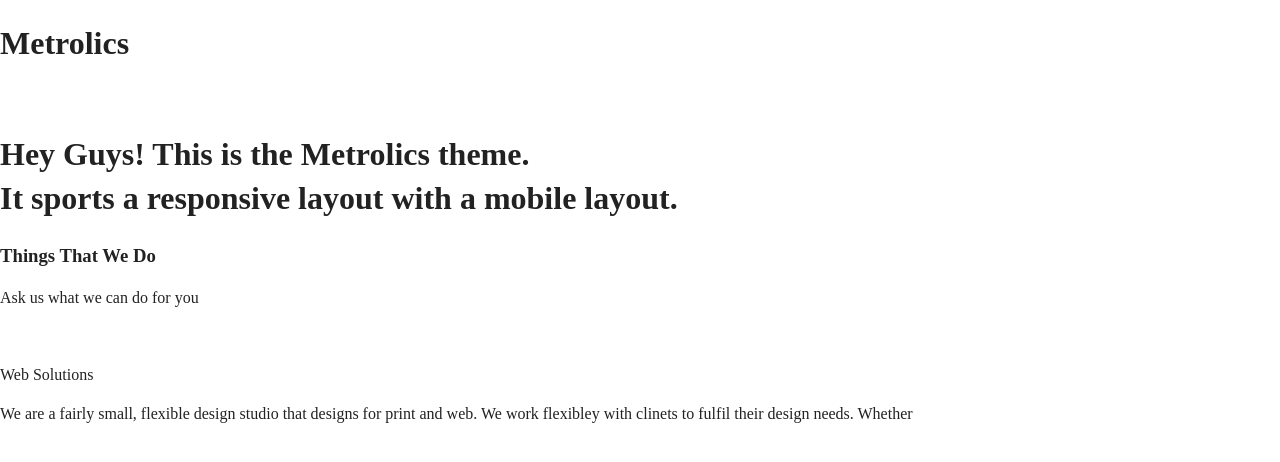
Repository: claudiashin/metrolics
Page: index.html
The author's editor kept a copy of each file at every save. The page is drawn from the files as they stood at one save, then again after the next save.
The browser window is 1280 px wide. The pictures show the whole page.

Above is the page before, as saved 2021-01-27 15:36:32.

### index.html
<!doctype html>
<html class="no-js" lang="EN">

<head>
  <meta charset="utf-8">
  <title>MDIA 2003 Lab 3</title>
  <meta name="description" content="">
  <meta name="viewport" content="width=device-width, initial-scale=1">

  <link rel="manifest" href="site.webmanifest">
  <link rel="apple-touch-icon" href="icon.png">
  <!-- Place favicon.ico in the root directory -->

  <link rel="stylesheet" href="css/normalize.css">
  <link rel="stylesheet" href="css/main.css">
</head>

<body>
  <header class="page_header">
    <div class="logo">
      <div><h1>Metrolics</h1></div>
      <div class="logoimg"><img src=""></div>
    </div>
  </header>

  <!-- <nav class="page_nav">
    <div class="nav_container">
      <div class="nav_icon">
        <div><img src=""></div>
        <p>Home</p>
      </div>
      <div class="nav_icon">
        <div><img src=""></div>
        <p>Pages</p>
      </div><div class="nav_icon">
        <div><img src=""></div>
        <p>Blog</p>
      </div><div class="nav_icon">
        <div><img src=""></div>
        <p>Portfolio</p>
      </div><div class="nav_icon">
        <div><img src=""></div>
        <p>Home</p>
      </div>
    </div>
  </nav> -->
<!--
  <section class="main_container">
    <div class="heroimg">
      <img src="">
    </div>
    <div class="">
      <h2>Metro Style</h2>
      <h2>Retina Ready</h2>
      <h2>Responsive Design</h2>
    </div>
  </section> -->

  <section class="main_container">
    <div>
      <h1>Hey Guys! This is the <span class="textcol">Metrolics</span> theme.<br>It sports a responsive layout with a mobile layout.</h1>
    </div>
  </section>

  <section class="main_container">
    <div class="container">
      <h3>Things That We Do</h3>
      <p>Ask us what we can do for you</p>
    </div>
    <div class="container">
      <div class="container_feature">
        <div class="feature_img">
          <img src="">
        </div>
        <div><p>Web Solutions</p></div>
        <div><p>We are a fairly small, flexible design studio that designs for print
          and web. We work flexibley with clinets to fulfil their design needs. Whether
        </p></div>

      </div>
    </div>
    <div class="container">
      <div class="">

      </div>
    </div>
    <div class="container">
      <div class="">

      </div>
    </div>
    <div class="container">
      <div class="">

      </div>
    </div>

  </section>

  <section class="main_container">

  </section>

  <section class="main_container">

  </section>

  <article class="main_container">

  </article>

  <footer>

  </footer>
</body>

</html>

### css/main.css
/*! HTML5 Boilerplate v8.0.0 | MIT License | https://html5boilerplate.com/ */

/* main.css 2.1.0 | MIT License | https://github.com/h5bp/main.css#readme */
/*
 * What follows is the result of much research on cross-browser styling.
 * Credit left inline and big thanks to Nicolas Gallagher, Jonathan Neal,
 * Kroc Camen, and the H5BP dev community and team.
 */

/* ==========================================================================
   Base styles: opinionated defaults
   ========================================================================== */

html {
  color: #222;
  font-size: 1em;
  line-height: 1.4;
}

/*
 * Remove text-shadow in selection highlight:
 * https://twitter.com/miketaylr/status/12228805301
 *
 * Vendor-prefixed and regular ::selection selectors cannot be combined:
 * https://stackoverflow.com/a/16982510/7133471
 *
 * Customize the background color to match your design.
 */

::-moz-selection {
  background: #b3d4fc;
  text-shadow: none;
}

::selection {
  background: #b3d4fc;
  text-shadow: none;
}

/*
 * A better looking default horizontal rule
 */

hr {
  display: block;
  height: 1px;
  border: 0;
  border-top: 1px solid #ccc;
  margin: 1em 0;
  padding: 0;
}

/*
 * Remove the gap between audio, canvas, iframes,
 * images, videos and the bottom of their containers:
 * https://github.com/h5bp/html5-boilerplate/issues/440
 */

audio,
canvas,
iframe,
img,
svg,
video {
  vertical-align: middle;
}

/*
 * Remove default fieldset styles.
 */

fieldset {
  border: 0;
  margin: 0;
  padding: 0;
}

/*
 * Allow only vertical resizing of textareas.
 */

textarea {
  resize: vertical;
}

/* ==========================================================================
   Author's custom styles
   ========================================================================== */

/* ==========================================================================
   Helper classes
   ========================================================================== */

/*
 * Hide visually and from screen readers
 */

.hidden,
[hidden] {
  display: none !important;
}

/*
 * Hide only visually, but have it available for screen readers:
 * https://snook.ca/archives/html_and_css/hiding-content-for-accessibility
 *
 * 1. For long content, line feeds are not interpreted as spaces and small width
 *    causes content to wrap 1 word per line:
 *    https://medium.com/@jessebeach/beware-smushed-off-screen-accessible-text-5952a4c2cbfe
 */

.sr-only {
  border: 0;
  clip: rect(0, 0, 0, 0);
  height: 1px;
  margin: -1px;
  overflow: hidden;
  padding: 0;
  position: absolute;
  white-space: nowrap;
  width: 1px;
  /* 1 */
}

/*
 * Extends the .sr-only class to allow the element
 * to be focusable when navigated to via the keyboard:
 * https://www.drupal.org/node/897638
 */

.sr-only.focusable:active,
.sr-only.focusable:focus {
  clip: auto;
  height: auto;
  margin: 0;
  overflow: visible;
  position: static;
  white-space: inherit;
  width: auto;
}

/*
 * Hide visually and from screen readers, but maintain layout
 */

.invisible {
  visibility: hidden;
}

/*
 * Clearfix: contain floats
 *
 * For modern browsers
 * 1. The space content is one way to avoid an Opera bug when the
 *    `contenteditable` attribute is included anywhere else in the document.
 *    Otherwise it causes space to appear at the top and bottom of elements
 *    that receive the `clearfix` class.
 * 2. The use of `table` rather than `block` is only necessary if using
 *    `:before` to contain the top-margins of child elements.
 */

.clearfix::before,
.clearfix::after {
  content: " ";
  display: table;
}

.clearfix::after {
  clear: both;
}

/* ==========================================================================
   EXAMPLE Media Queries for Responsive Design.
   These examples override the primary ('mobile first') styles.
   Modify as content requires.
   ========================================================================== */

@media only screen and (min-width: 35em) {
  /* Style adjustments for viewports that meet the condition */
}

@media print,
  (-webkit-min-device-pixel-ratio: 1.25),
  (min-resolution: 1.25dppx),
  (min-resolution: 120dpi) {
  /* Style adjustments for high resolution devices */
}

/* ==========================================================================
   Print styles.
   Inlined to avoid the additional HTTP request:
   https://www.phpied.com/delay-loading-your-print-css/
   ========================================================================== */

@media print {
  *,
  *::before,
  *::after {
    background: #fff !important;
    color: #000 !important;
    /* Black prints faster */
    box-shadow: none !important;
    text-shadow: none !important;
  }

  a,
  a:visited {
    text-decoration: underline;
  }

  a[href]::after {
    content: " (" attr(href) ")";
  }

  abbr[title]::after {
    content: " (" attr(title) ")";
  }

  /*
   * Don't show links that are fragment identifiers,
   * or use the `javascript:` pseudo protocol
   */
  a[href^="#"]::after,
  a[href^="javascript:"]::after {
    content: "";
  }

  pre {
    white-space: pre-wrap !important;
  }

  pre,
  blockquote {
    border: 1px solid #999;
    page-break-inside: avoid;
  }

  /*
   * Printing Tables:
   * https://web.archive.org/web/20180815150934/http://css-discuss.incutio.com/wiki/Printing_Tables
   */
  thead {
    display: table-header-group;
  }

  tr,
  img {
    page-break-inside: avoid;
  }

  p,
  h2,
  h3 {
    orphans: 3;
    widows: 3;
  }

  h2,
  h3 {
    page-break-after: avoid;
  }
}

Loaded but not shown: css/normalize.css (library)

After the next save:
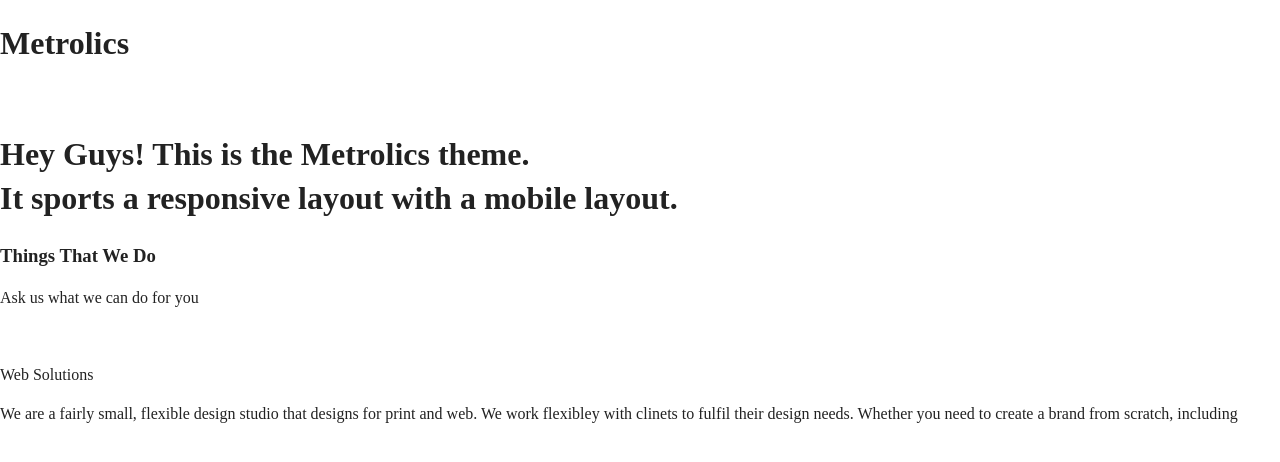
Saved 13 s later.
--- a/index.html
+++ b/index.html
@@ -75,6 +75,7 @@
         <div><p>Web Solutions</p></div>
         <div><p>We are a fairly small, flexible design studio that designs for print
           and web. We work flexibley with clinets to fulfil their design needs. Whether
+          you need to create a brand from scratch, including
         </p></div>
 
       </div>
